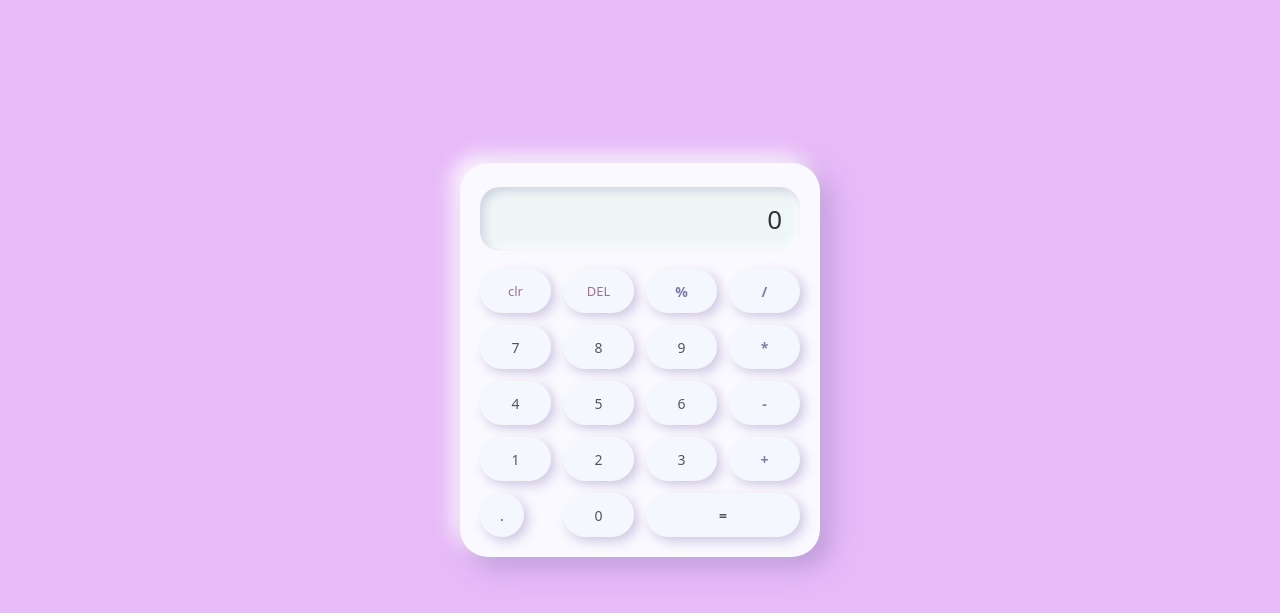
Repository: meti-guda/simple-calculator
Page: index.html
These files come from the project's save history. The page is drawn as it stood at one moment and after the next save; the edit follows.
The browser window is 1280 px wide. The pictures show the whole page.

Above is the page before, as saved 2025-12-11 12:12:48.
Console error: TypeError: Cannot read properties of null (reading 'addEventListener')

After the next save:
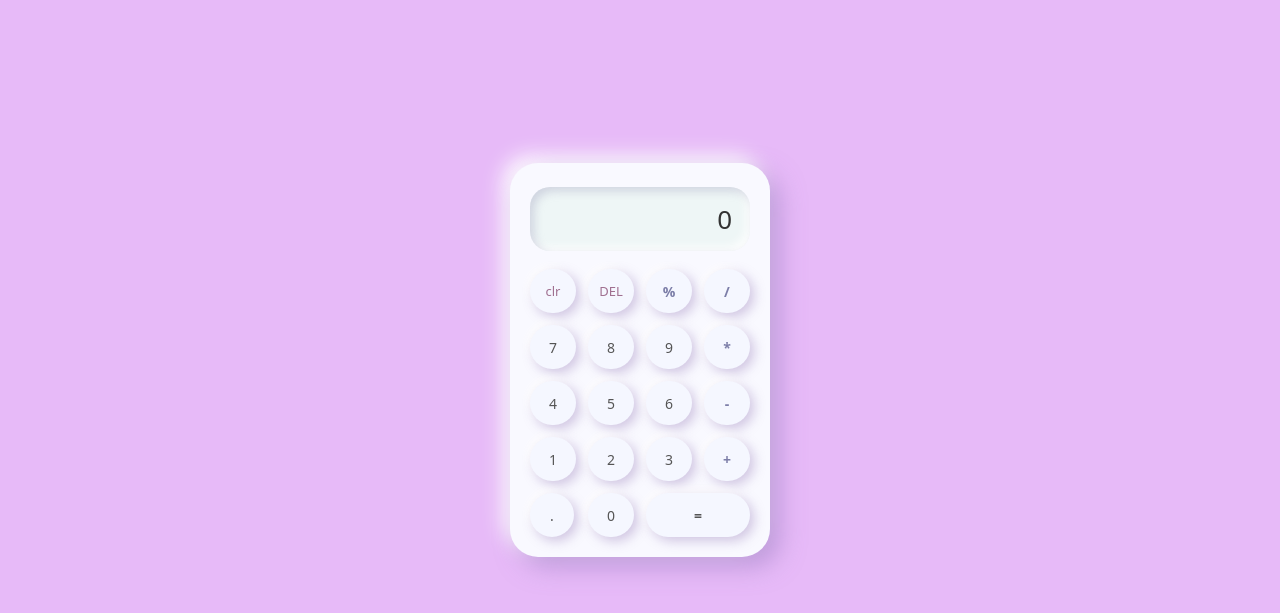
Saved 9 s later.
--- a/style.css
+++ b/style.css
@@ -16,18 +16,21 @@ body {
   background: #e7baf8;
 }
 
+/* note: class name matches HTML: <div class="container"> */
 .container {
   padding: 16px;
 }
 
 .calculator {
-  width: 360px;
+  width: 260px;
   padding: 24px 20px 20px;
   border-radius: 28px;
   background: #f9f9ff;
   box-shadow: 10px 10px 25px rgba(150, 121, 189, 0.5),
     -8px -8px 20px rgba(255, 255, 255, 0.95);
 }
+
+/* Display */
 
 .display {
   width: 100%;
@@ -49,6 +52,8 @@ body {
   color: #333;
   white-space: nowrap;
 }
+
+/* Keys grid – matches <div class="values"> */
 
 .values {
   display: grid;
@@ -76,6 +81,8 @@ body {
     inset -2px -2px 6px rgba(255, 255, 255, 1);
 }
 
+/* Operators and specials */
+
 .values button[data-value="/"],
 .values button[data-value="*"],
 .values button[data-value="-"],
@@ -91,10 +98,14 @@ body {
   color: #a07090;
 }
 
+/* Dot button on left */
+
 .dot {
   justify-self: flex-start;
   width: 44px;
 }
+
+/* Equal button spanning two columns */
 
 .equal {
   grid-column: span 2;
@@ -110,6 +121,8 @@ body {
     inset -2px -2px 6px rgba(255, 255, 255, 1);
 }
 
+/* Smaller on narrow screens */
+
 @media (max-width: 400px) {
   .calculator {
     width: 230px;
